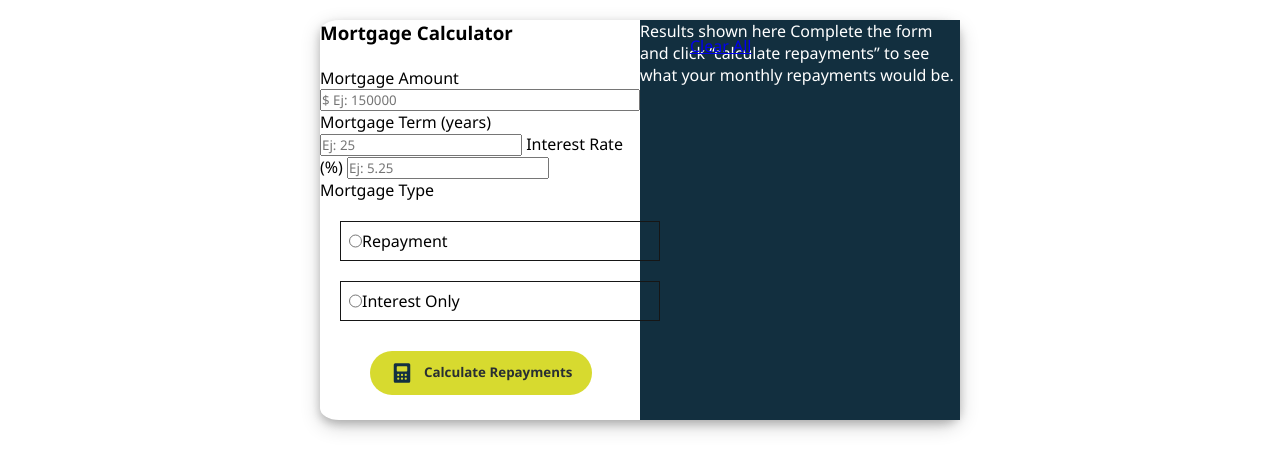
Repository: GravielPV/Mortgage-repayment-calculator
Page: index.html
The author's editor kept a copy of each file at every save. The page is drawn from the files as they stood at one save, then again after a run of saves.
The browser window is 1280 px wide. The pictures show the whole page.

Above is the page before, as saved 2025-12-11 17:34:20.

After the next 2 saves:
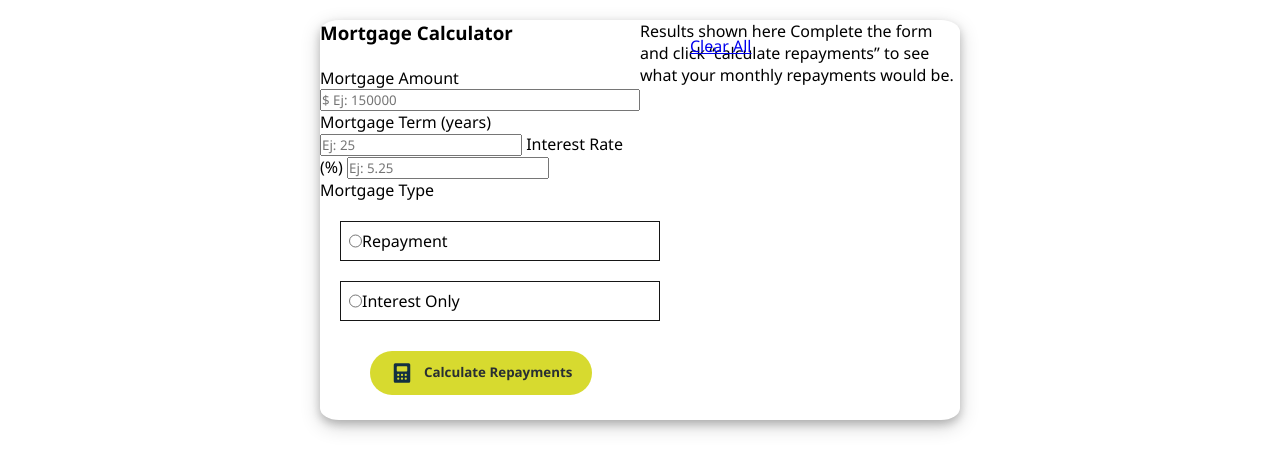
The 2 saves are shown as one change because they came seconds apart.
The last was saved 6 s later.
--- a/styles.css
+++ b/styles.css
@@ -89,7 +89,7 @@ a{
 
     }
 
-
+    Este es el lado derecho
 
     .derecho{
     width: 50%;

After the save that followed:
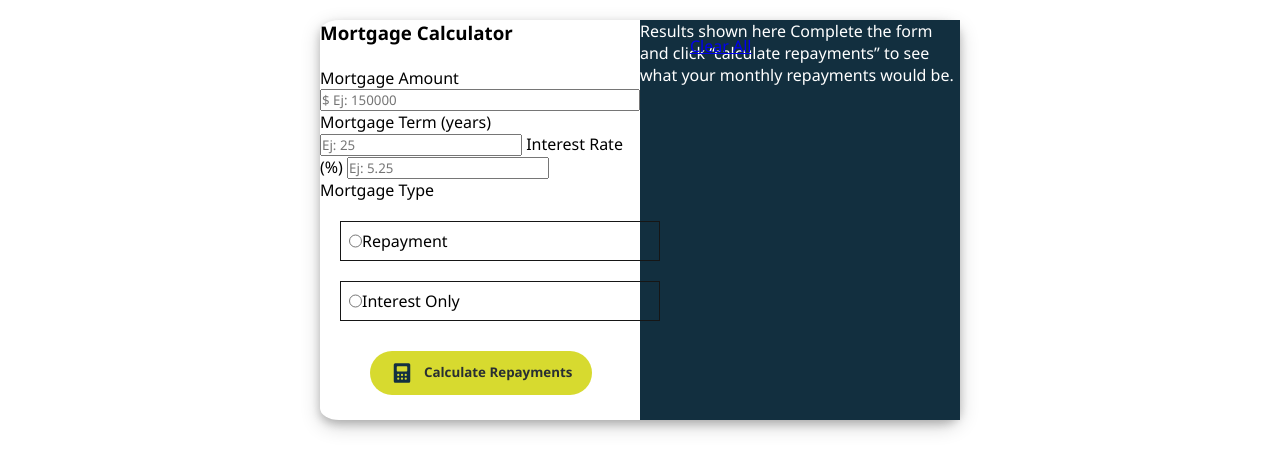
Saved 4 s later.
--- a/styles.css
+++ b/styles.css
@@ -89,7 +89,7 @@ a{
 
     }
 
-    Este es el lado derecho
+    /* Este es el lado derecho */
 
     .derecho{
     width: 50%;
